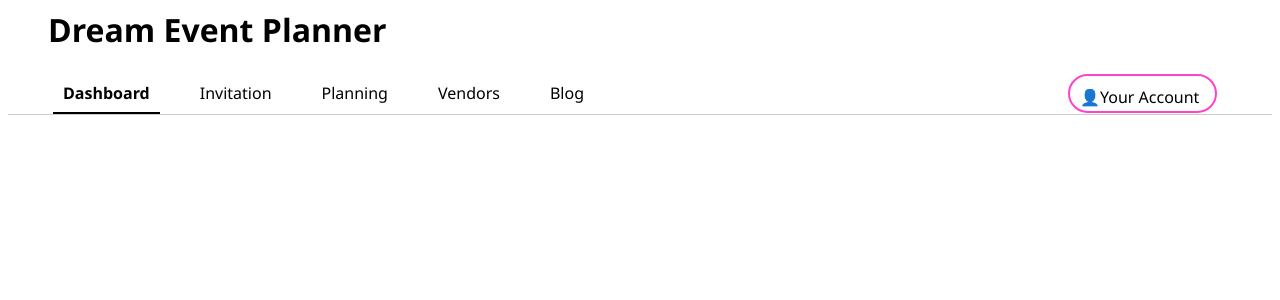
Repository: rajeshwari16945/Dream_Event_planner
Page: dep-admin-vendor-svc/src/main/resources/static/html/userNavigation.html
These files come from the project's save history. The page is drawn as it stood at one moment and after the next save; the edit follows.
The browser window is 1280 px wide. The pictures show the whole page.

Above is the page before, as saved 2025-03-08 17:32:51.

### dep-admin-vendor-svc/src/main/resources/static/html/userNavigation.html
<!DOCTYPE html>
<html>
	<head>
		<meta charset="utf-8">
		<title>Dream Event Planner</title>
		<link type="text/css" rel="stylesheet" href="../css/style.css">
		<script>
		    document.addEventListener("DOMContentLoaded", function () {
		        // Get the current page URL
		        let currentPage = window.location.pathname.split("/").pop();
		        // Select all navigation links
		        let navLinks = document.querySelectorAll(".user-nav-menu a");
		        // Loop through links and add the 'active' class if the href matches the page
		        navLinks.forEach(link => {
		            if (link.getAttribute("href") === currentPage) {
		                link.classList.add("active");
		            }
		        });
		    });
		</script>
	</head>
	<body>
		<div class="user_nav_main">
			<h1 class="top-heading">Dream Event Planner</h1>
			<div class="topnav">
                <div class="float-left">
					<ul class="user-nav-menu">
	                    <li><a class="nav-items active" href="dashboard.html">Dashboard</a></li>
	                    <li><a class="nav-items" href="invitation.html">Invitation</a></li>
						<li><a class="nav-items" href="PlanningTool.html">Planning</a></li>
	                    <li class="dropdown">
							<a href="">Vendors</a>
							<ul class="dropdown-menu">
				                <li><a href="VendorList.html?type=Venue">Venue</a></li>
				                <li><a href="VendorList.html?type=Catering">Catering</a></li>
				                <li><a href="VendorList.html?type=Photographer">Photographers</a></li>
				            </ul>
						</li>
	                    <li><a class="nav-items" href="">Blog</a></li>

					</ul>
                </div>
                <div class="float-right">
					<ul class="user-nav-menu">
						<li class="dropdown">
							<a href="" class="account-menu">👤Your Account</a>
							<ul class="dropdown-menu">
								<li><a href="UserSettings.html">Account Settings</a></li>
								<li><button id="logoutButton">Log out</button></li>
							</ul>
						</li>
					</ul>
                </div>
            </div>
		</div>
	</body>
</html>

Loaded but not shown: dep-admin-vendor-svc/src/main/resources/static/css/style.css (2134 lines, source omitted)

After the next save:
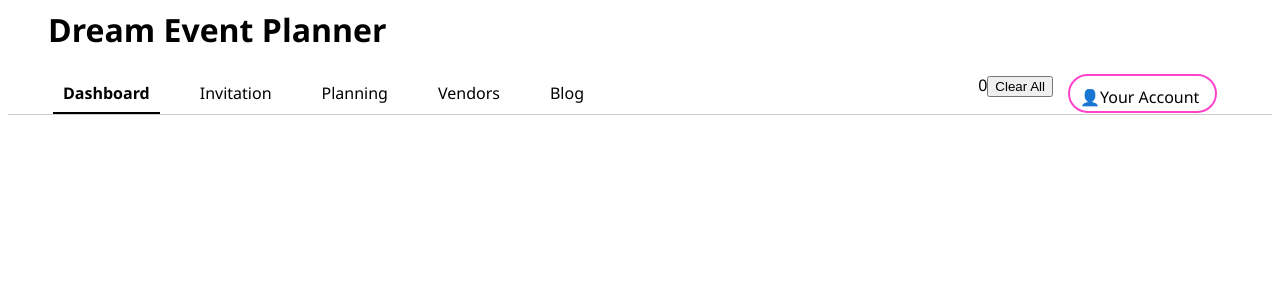
Saved 60 min 17 s later.
--- a/dep-admin-vendor-svc/src/main/resources/static/html/userNavigation.html
+++ b/dep-admin-vendor-svc/src/main/resources/static/html/userNavigation.html
@@ -42,6 +42,19 @@
                 </div>
                 <div class="float-right">
 					<ul class="user-nav-menu">
+						<div id="notification-bell" class="notification-bell">
+					        <span id="notification-count" class="badge">0</span>
+					    </div>
+
+					    <!-- Notifications dropdown container -->
+					    <div id="notification-dropdown" class="notification-dropdown">
+					        <ul id="notification-list"></ul>
+					        <button id="clear-all" onclick="clearNotifications()">Clear All</button>
+					    </div>
+
+					    <!-- Notification Container -->
+					    <div id="notification-container"></div>
+
 						<li class="dropdown">
 							<a href="" class="account-menu">👤Your Account</a>
 							<ul class="dropdown-menu">
